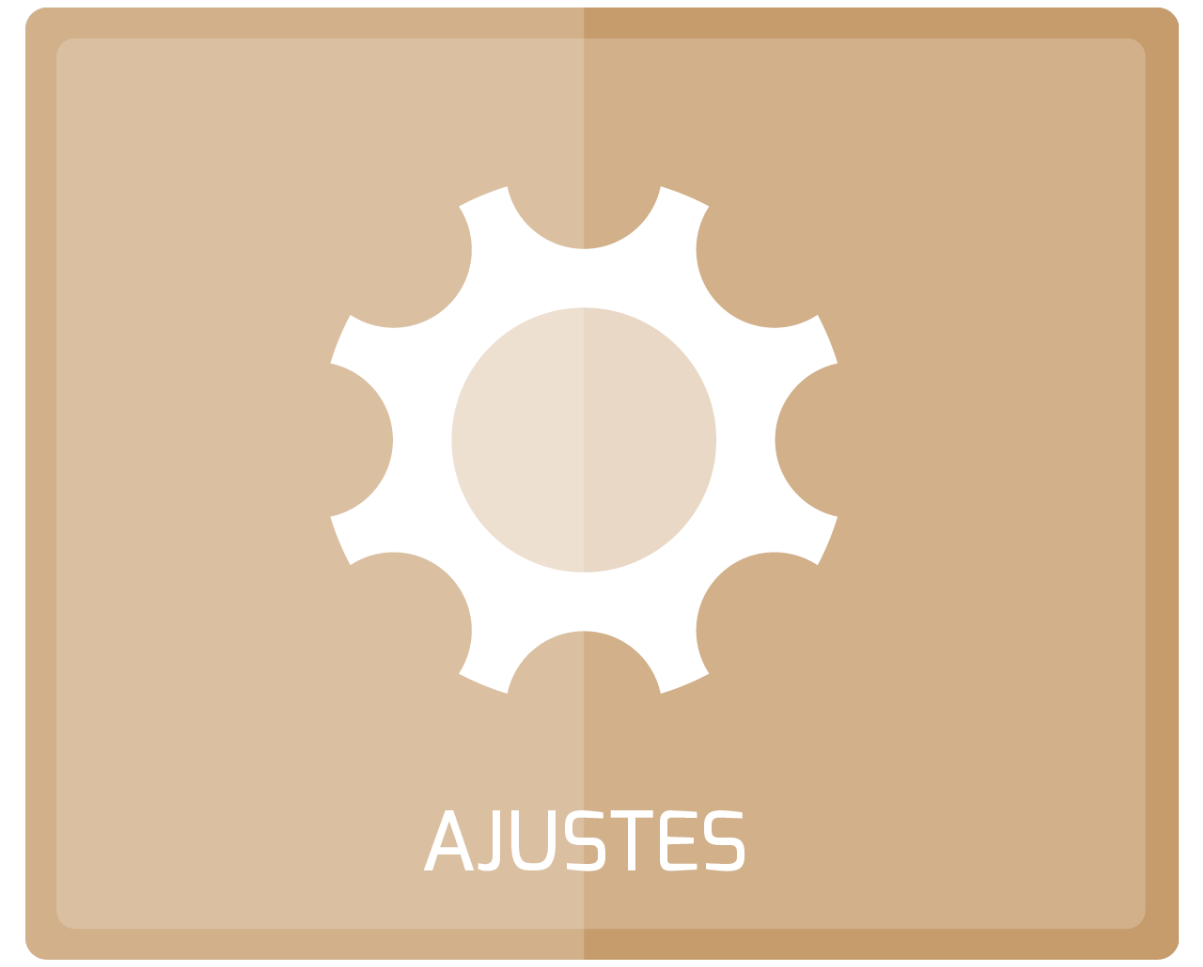
Repository: gamesrol/smartLament
Page: Cliente/partials/opciones.html
The author's editor kept a record of every edit. The page is drawn from the files as they stood at one moment, then again after the next edit.
The browser window is 1280 px wide. The pictures show the whole page, at 94% of full size.

Above is the page before.

After the next edit:
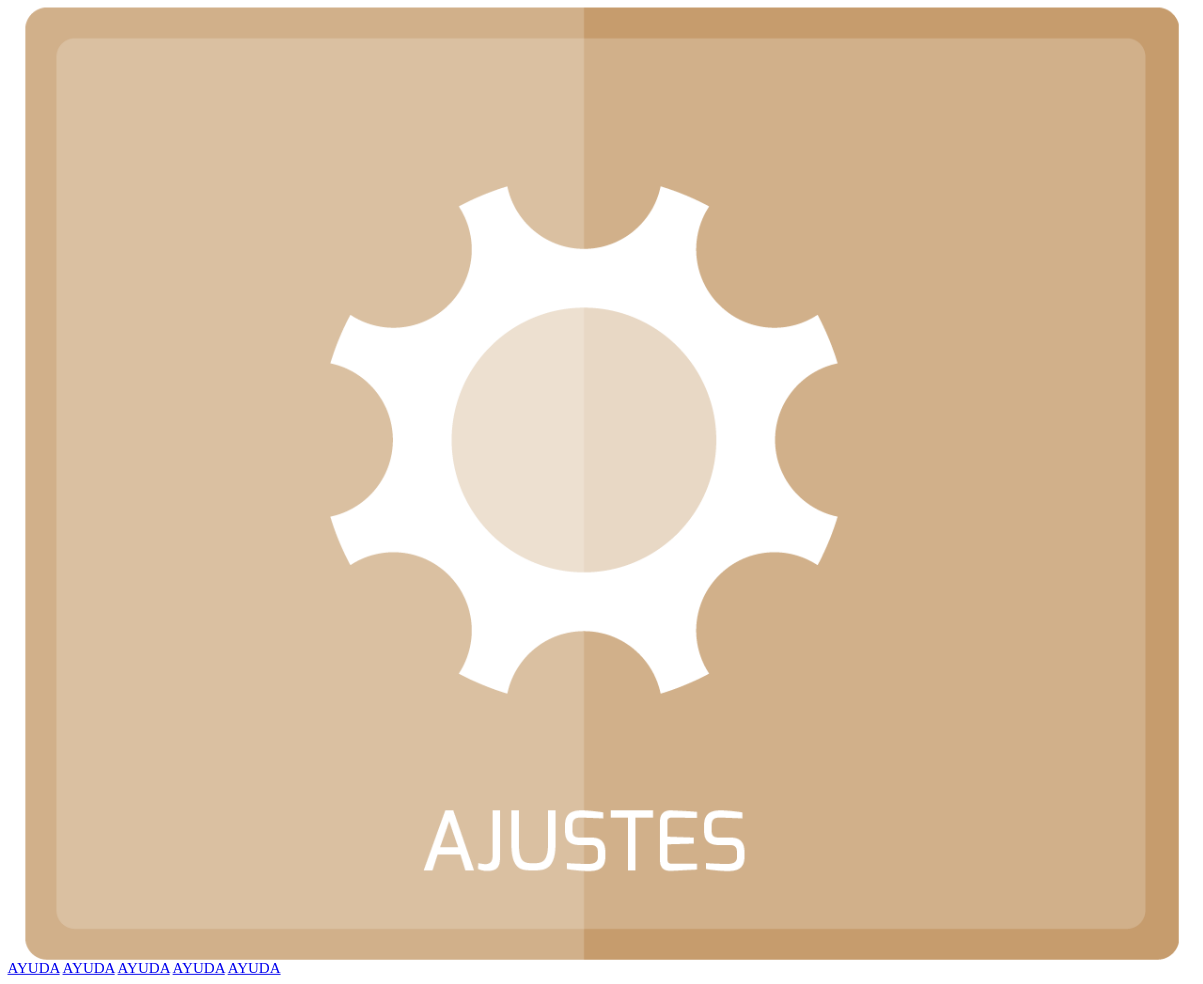
The edit:
--- a/Cliente/partials/opciones.html
+++ b/Cliente/partials/opciones.html
@@ -1,5 +1,12 @@
 <div class="row">
     <div class="col-lg-12">
-    <center><a href="#/opciones"><img class="iconsSocial" src="/img/opciones.png" /></a></center>
-  </div>
+        <center><a href="#/opciones"><img class="iconsSocial" src="/img/opciones.png" /></a></center>
+    	<div class="opciones">
+			<a href="/#/opciones">AYUDA</a>
+			<a href="/#/opciones">AYUDA</a>
+			<a href="/#/opciones">AYUDA</a>
+			<a href="/#/opciones">AYUDA</a>
+			<a href="/#/opciones">AYUDA</a>
+		</div>
+    </div>
 </div>
